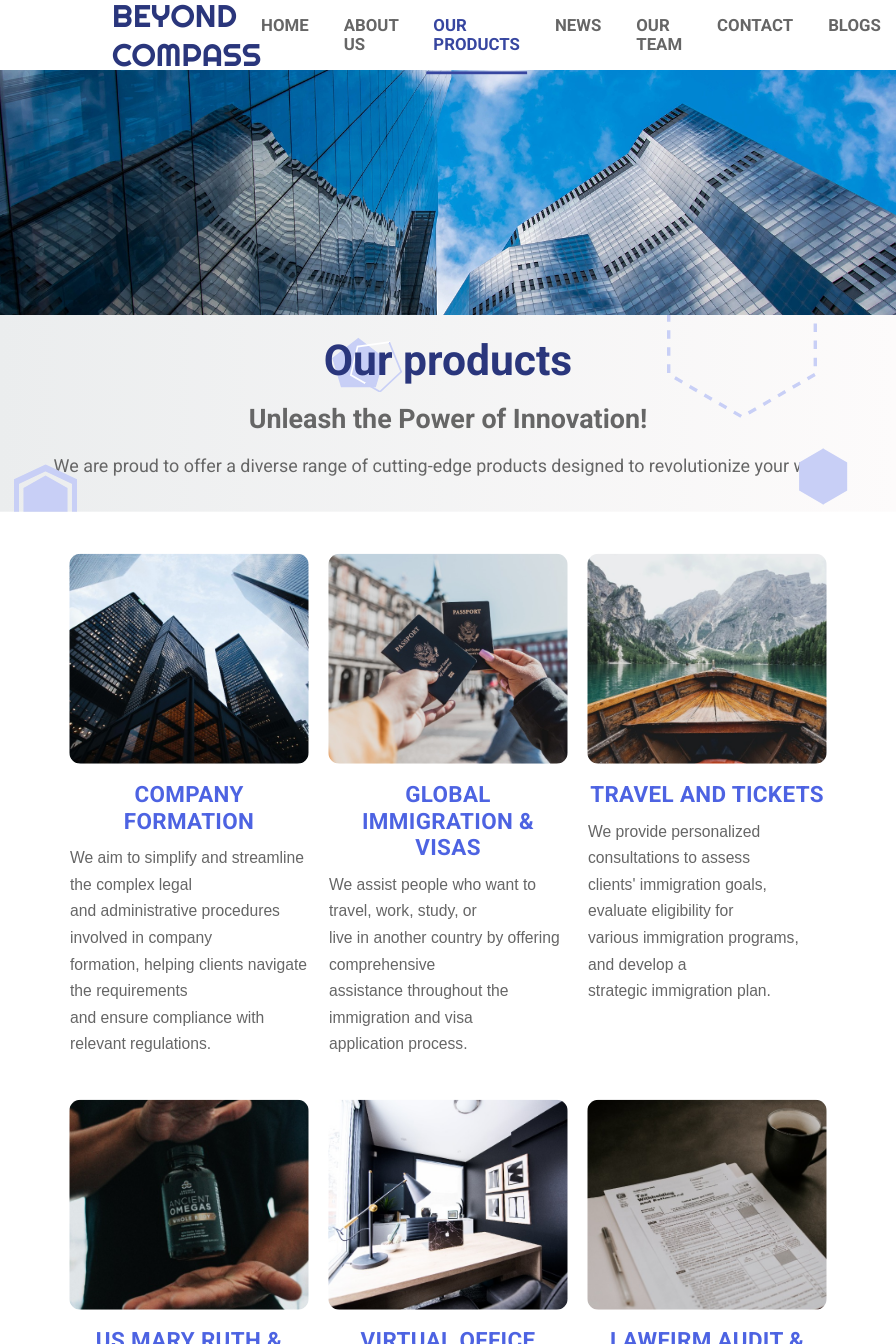
Repository: trunghau06/baitapRn
Page: pages/product.html
An editor plug-in stored every save of this project. The page is shown before and after a run of saves, followed by the edit.
The browser window is 1280 px wide. The pictures show the part of the page from y = 0 to 1920 px (the page is 4049 px tall before and 3899 px after), at 70% of full size.

Above is the page before, as saved 2025-10-09 22:06:16.

### pages/product.html
<!DOCTYPE html>
<html lang="en">
<head>
    <meta charset="UTF-8">
    <meta name="viewport" content="width=device-width, initial-scale=1.0">
    <title>Our products</title>
    <link rel="stylesheet" href="../style/product.css?v=1">
    <link rel="stylesheet" href="https://cdnjs.cloudflare.com/ajax/libs/font-awesome/6.5.1/css/all.min.css">
    <link href="https://fonts.googleapis.com/css2?family=Roboto:wght@400;700&display=swap" rel="stylesheet">
</head>
<body>
    <!-- Thanh Header -->
    <header>
        <div class="header-Page">
            <!-- Logo -->
            <div class="logo">BEYOND COMPASS</div>

            <!-- Navigation Menu -->
            <nav>
                <ul>
                    <li><a href="../index.html"                 >HOME        </a></li>
                    <li><a href="about.html"                 >ABOUT US    </a></li>
                    <li><a href="product.html" class="active">OUR PRODUCTS</a></li>
                    <li><a href="news.html"                  >NEWS        </a></li>
                    <li><a href="team.html"                  >OUR TEAM    </a></li>
                    <li><a href="contact.html"               >CONTACT     </a></li>
                    <li><a href="blogs.html"                 >BLOGS       </a></li>
                </ul>
            </nav>
        </div>
    </header>

    <div class="header-banner"></div>

    <!-- Gioi Thieu -->
    <div class="introduce-Page">
        <svg class="hexagon-small-double" viewBox="0 0 100 115" xmlns="http://www.w3.org/2000/svg">
            <polygon points="50 10, 85 30, 85 70, 50 90, 15 70, 15 30"
                    fill="#C8CFF6"
                    stroke="none"/>
            <polygon points="50 -2, 97 20, 97 80, 50 102, 3 80, 3 20"
                    fill="none"
                    stroke="#C8CFF6"
                    stroke-width="10"/>
        </svg>

        <div class="hexagon hexagon-large"></div>

         <svg class="hexagon-outline" viewBox="0 0 100 115" xmlns="http://www.w3.org/2000/svg">
            <polygon points="50 0, 93 25, 93 75, 50 100, 7 75, 7 25"
                    fill="none"
                    stroke="#C8CFF6"
                    stroke-width="2"
                    stroke-dasharray="5, 5"/>
        </svg>

        <svg class="pentagon-outline" viewBox="0 0 100 100" xmlns="http://www.w3.org/2000/svg">
            <defs>
                <linearGradient id="strokeHalfColor" x1="0%" y1="0%" x2="100%" y2="0%">
                    <stop offset="50%" style="stop-color:#FFFFFF;stop-opacity:1" />
                    <stop offset="50%" style="stop-color:#C8CFF6;stop-opacity:1" />
                </linearGradient>
            </defs>
            <polygon points="50 5, 95 40, 80 90, 20 90, 5 40"
                    fill="none"
                    stroke="url(#strokeHalfColor)"
                    stroke-width="3"
                    transform="rotate(30 50 50)"/>
        </svg>

        <svg class="pentagon-filled" viewBox="0 0 100 100" xmlns="http://www.w3.org/2000/svg">
            <polygon points="50 5, 95 40, 80 90, 20 90, 5 40"
                    fill="#C8CFF6"
                    stroke="#C8CFF6"
                    stroke-width="3"/>
        </svg>

        <h1>Our products</h1>

        <h3>Unleash the Power of Innovation!</h3>

        <p>We are proud to offer a diverse range of cutting-edge products designed to revolutionize your world.</p>
    </div>

    <div class="box-section">
        <!-- box 1 -->
        <div class="box">
            <img src="../Images/image_box_1.jpg" alt="">

            <div class="content-box">
                <h3>COMPANY FORMATION</h3>

                <p>
                    We aim to simplify and streamline the complex legal<br>
                    and administrative procedures involved in company<br>
                    formation, helping clients navigate the requirements<br>
                    and ensure compliance with relevant regulations.</p>
            </div>
        </div>

        <!-- box 2 -->
        <div class="box">
            <img src="../Images/image_box_2.jpg" alt="">

            <div class="content-box">
                <h3>GLOBAL IMMIGRATION & VISAS</h3>

                <p>
                    We assist people who want to travel, work, study, or<br>
                    live in another country by offering comprehensive<br>
                    assistance throughout the immigration and visa<br>
                    application process.</p>
            </div>
        </div>

        <!-- box 3 -->
        <div class="box">
            <img src="../Images/image_box_3.jpg" alt="">

            <div class="content-box">
                <h3>TRAVEL AND TICKETS</h3>

                <p>
                    We provide personalized consultations to assess<br>
                    clients' immigration goals, evaluate eligibility for <br>
                    various immigration programs, and develop a<br>
                    strategic immigration plan.</p>
            </div>
        </div>

        <!-- box 4 -->
        <div class="box">
            <img src="../Images/image_box_4.jpg" alt="">

            <div class="content-box">
                <h3>US MARY RUTH & SUPPLEMENTS</h3>

                <p>
                    We provide various types of dietary supplements to<br>
                    individuals seeking to enhance their overall health<br>
                    and well-being.
            </div>
        </div>

        <!-- box 5 -->
        <div class="box">
            <img src="../Images/image_box_5.jpg" alt="">

            <div class="content-box">
                <h3>VIRTUAL OFFICE</h3>

                <p>
                    We offer businesses a range of professional services<br>
                    and support without the need for a physical office<br>
                    space which enhance their credibility, and maintain a<br>
                    presence in a specific location without the costs and<br>
                    commitments associated with a physical office<br>
                    space
                </p>
            </div>
        </div>

        <!-- box 6 -->
        <div class="box">
            <img src="../Images/image_box_6.jpg" alt="">

            <div class="content-box">
                <h3>LAWFIRM AUDIT & TAX</h3>

                <p>
                    We conduct comprehensive financial audits of law <br>
                    firms to assess the accuracy and integrity of their<br>
                    financial statements. We also assist law firms in <br>
                    developing tax strategies, optimizing their tax<br>
                    positions.
                </p>
            </div>
        </div>

        <!-- box 7 -->
        <div class="box">
            <img src="../Images/image_box_7.jpg" alt="">

            <div class="content-box">
                <h3>DOMAIN SERVICE</h3>

                <p>
                    We help users search for and register available domain names based on their<br>
                    preferences and the availability of the desired domain extension.
                </p>
            </div>
        </div>

        <!-- box 8 -->
        <div class="box">
            <img src="../Images/image_box_8.jpg" alt="">

            <div class="content-box">
                <h3>LOGISTIC</h3>

                <p>
                    We offer the management and coordination of various activities related to the <br>
                    movement, storage, and handling of goods and resources throughout the supply <br>
                    chain.
                </p>
            </div>
        </div>
    </div>

    <!-- Footer -->
    <div class="footer">
        <!-- Header -->
        <div class="header-Footer">
            <h2>BEYOND COMPASS</h2>
            <div class="social-icons">
                <button><img src="../Images/youtube.png" alt="YouTube"></button>
                <button><img src="../Images/logo_linkedin.png" alt="LinkedIn"></button>
                <button><img src="../Images/image.png" alt="Twitter"></button>
            </div>
        </div>

        <!-- Offices -->
        <div class="offices">
            <!-- Main Office -->
            <div class="office">
                <h3>Main Office: The One Vietnam Co.Ltd.</h3>
                <div class="office-info">
                    <span class="square"></span>

                    <div class="content-info">
                        <p><img src="../Images/ic_map.png" alt="">Location: 40-42 Thiên Phước, Ward 15, Dist 11, HCMC, VN</p>

                        <div class="phone-group">
                            <p><img src="../Images/ic_phone.png" alt="">Phone Number: </p>

                            <div class="phone">
                                <p>(84) 902.111.222. mobile</p>
                                <p>(84) 28.333.6668 (19 lines)</p>
                                <p>(84) 28.234.5678 (fax)</p>
                            </div>
                        </div>

                        <p><img src="../Images/ic_email.png" alt="">Email: abc@def.com</p>
                        <p><img src="../Images/ic_global.png" alt="">Fax: (123)-456-7890</p>
                    </div>
                </div>
            </div>

            <!-- Brand Offices -->
            <div class="office">
                <h3>Brand Offices: The One Office Vietnam</h3>
                <div class="brand-offices">
                    <div class="office-info">
                        <span class="square"></span>

                        <div class="content-info">
                            <p><img src="../Images/ic_map.png" alt="Location">Location: Singapore</p>
                            <p><img src="../Images/ic_phone.png" alt="Phone">Phone Number: (84) 902.111.222</p>
                            <p><img src="../Images/ic_email.png" alt="Email">Email: abc@def.com</p>
                            <p><img src="../Images/ic_global.png" alt="Fax">Fax: (123)-456-7890</p>
                        </div>
                    </div>

                    <div class="office-info">
                        <span class="square"></span>

                        <div class="content-info">
                            <p><img src="../Images/ic_map.png" alt="">Location: USA</p>
                            <p></span><img src="../Images/ic_phone.png" alt="">Phone Number: (84) 902.111.222</p>
                            <p></span><img src="../Images/ic_email.png" alt="">Email: abc@def.com</p>
                            <p></span><img src="../Images/ic_global.png" alt="">Fax: (123)-456-7890</p>
                        </div>
                    </div>
                </div>
            </div>
        </div>

        <div class="line"></div>

        <div class="footer-links">
            <div class="link-column">
            <h4>OUR PRODUCTS</h4>
            <ul>
                <li><i class="fas fa-chevron-right"></i> Company Formation</li>
                <li><i class="fas fa-chevron-right"></i> Globalization & Visas</li>
                <li><i class="fas fa-chevron-right"></i> Travel & Ticket</li>
                <li><i class="fas fa-chevron-right"></i> Logistic</li>
                <li><i class="fas fa-chevron-right"></i> Virtual Office</li>
            </ul>
            </div>

            <div class="link-column">
            <h4>COMPANY</h4>
            <ul>
                <li><i class="fas fa-chevron-right"></i> About Us</li>
                <li><i class="fas fa-chevron-right"></i> Terms of Service</li>
                <li><i class="fas fa-chevron-right"></i> Privacy Policy</li>
                <li><i class="fas fa-chevron-right"></i> Support</li>
            </ul>
            </div>
        </div>

        <footer class="footer-bottom">
            <p>Copyright © 2023 by THEONEVIETNAM.COM. All rights reserved. Designed by Tuyet Nhi.</p>
        </footer>
    </div>
</body>
</html>

### style/product.css
@import url('https://fonts.googleapis.com/css2?family=Righteous&display=swap');

* {
    margin: 0;
    padding: 0;
    box-sizing: border-box;
}

body {
    font-family: Arial, sans-serif;
}

/* Header */
.header-Page {
    position: fixed;
    top: 0;
    left: 0;
    width: 100%;
    margin: 0 auto;
    padding: 0 100px;
    display: flex;
    justify-content: space-between;
    align-items: center;
    height: 100px;
    background-color: white;
    z-index: 1000;
}


/* Logo */
.logo {
    font-family: 'Righteous', Arial, sans-serif;
    color: #2A367C;
    font-size: 2.8em;
    font-weight: 400;
    padding-left: 60px;
}

/* Menu */
nav ul {
    list-style: none;
    display: flex;
    gap: 50px;
    padding-right: 60px;
}

nav ul li a {
    text-decoration: none;
    color: #666666;
    font-size: 1.5em;
    font-weight: 700;
    padding-bottom: 28px;
    font-family: 'Roboto', Arial, sans-serif;
    position: relative;
}

nav ul li a::after {
    content: '';
    position: absolute;
    bottom: 0;
    left: -10px;
    right: -10px;
    height: 4px;
}

nav ul li a:hover,
nav ul li a.active {
    color: #3746A0;
}

nav ul li a:hover::after,
nav ul li a.active::after {
    background-color: #3746A0;
}

.header-banner {
    margin-top: 100px;
    width: 100%;
    height: 350px;
    background-image: url('../Images/anhHeader_3.png');
    background-size: cover;
    background-position: center;
}

.introduce-Page {
    position: relative;
    background: linear-gradient(to right, #EBEDEE, #FDFBFB);
    display: flex;
    flex-direction: column;
    justify-items: center;
    align-items: center;
    padding: 30px 20px;
    overflow: hidden;
}

.introduce-Page h1 {
    font-family: 'Roboto', Arial, sans-serif;
    color: #2A367C;
    font-size: 3.8em;
    font-weight: 700;
    margin-bottom: 20px;
    z-index: 2;
}

.introduce-Page h3 {
    font-family: 'Roboto', Arial, sans-serif;
    font-size: 2.4em;
    color: #666666;
    line-height: 1.4;
    margin-bottom: 20px;
    font-weight: bold;
}

.introduce-Page p {
    color: #666666;
    font-family: 'Roboto', Arial, sans-serif;
    line-height: 1.6;
    margin-bottom: 15px;
    font-size: 1.6em;
}

.hexagon {
    position: absolute;
    background-color: #C8CFF6;
    clip-path: polygon(
        50% 0%, 93% 25%, 93% 75%, 50% 100%, 7% 75%, 7% 25%
    );
    box-shadow:
        0 0 0 8px white,
        0 0 0 10px #8B9FD9;
}

/* Hình lục giác nhỏ với 2 lớp viền */
.hexagon-small-double {
    position: absolute;
    width: 90px;
    height: 140px;
    top: 72%;
    left: 20px;
    z-index: 2;
}

/* Hình lục giác lớn */
.hexagon-large {
    width: 80px;
    height: 80px;
    bottom: 10px;
    right: 5%;
}

/* Hình lục giác chỉ viền nét đứt */
.hexagon-outline {
    position: absolute;
    width: 280px;
    height: 280px;
    top: 15%;
    right: 80px;
    transform: translateY(-50%);
}

/* Hình ngũ giác 5 góc nghiêng phải */
.pentagon-outline {
    position: absolute;
    width: 80px;
    height: 80px;
    top: 25%;
    left: 42%;
    transform: translate(-50%, -50%);
    z-index: 1;
}

/* Hình ngũ giác có ruột màu xanh */
.pentagon-filled {
   position: absolute;
    width: 80px;
    height: 80px;
    top: 25%;
    left: 40%;
    transform: translate(-50%, -50%);
    z-index: 0;
}

/* Cac box */
.box-section {
    display: flex;
    flex-wrap: wrap;
    gap: 10px;
    width: 100%;
    padding: 40px 40px;
    justify-content: center;
    align-items: stretch;
}

.box {
    width: 30%;
    border-radius: 15px;
    overflow: hidden;
    display: flex;
    flex-direction: column;
    justify-items: center;
    align-items: center;
    padding: 20px 0;
}

.box img {
    width: 95%;
    height: 300px;
    object-fit: cover;
    border-radius: 16px;
}

.box-section .box:last-child,
.box-section .box:nth-last-child(2) {
    height: 350px;
}

.content-box {
    padding: 10px;
    text-align: center;
    flex-grow: 1;
}

.content-box h3 {
    font-family: 'Roboto', Arial, sans-serif;
    color: #4D63E2;
    font-size: 2em;
    font-weight: 700;
    margin: 15px 0 15px 0;
    letter-spacing: 0.5px;
}

.content-box p {
    color: #666666;
    font-size: 1.4em;
    line-height: 1.7;
    text-align: left;
}

.box:nth-child(7),
.box:nth-child(8) {
    width: 45%;
}

/* Footer */
.footer {
  display: flex;
  flex-direction: column;
  background-color: #3746A0;
}

.header-Footer {
    display: flex;
    justify-content: space-between;
    align-items: center;
    padding: 20px 160px;
    margin-top: 50px;
}

.header-Footer h2 {
    font-size: 3em;
    font-weight: bold;
    letter-spacing: 2px;
    font-family: 'Righteous', Arial, sans-serif;
    color: #FFFFFF;
}

.social-icons {
    display: flex;
    gap: 15px;
}

.social-icons button {
    background: #FFFFFF;
    border: none;
    cursor: pointer;
    width: 80px;
    height: 80px;
    border-radius: 10px;
    display: flex;
    align-items: center;
    justify-content: center;
}

.social-icons button img {
    width: 70%;
    height: 70%;
    object-fit: contain;
}

.offices {
    padding: 10px 160px;
    display: grid;
    grid-template-columns: 1fr 1fr;
    gap: 40px;
    margin-top: 30px;
}

.brand-offices {
    display: grid;
    grid-template-columns: 1fr 1fr;
    gap: 60px;
}

.office h3 {
    margin-bottom: 15px;
    font-size: 1.8em;
    color: #FFFFFF;
}

.office-info {
    position: relative;
    margin-bottom: 20px;
    display: flex;
    align-items: flex-start;
}

.office-info .square {
    position: absolute;
    left: 0;
    top: 25px;
    width: 24px;
    height: 24px;
    background: #202A5F;
    border-radius: 4px;
}

.content-info {
    padding-left: 50px;
}

.content-info p {
    margin: 28px 0;
    display: flex;
    align-items: center;
    font-size: 1.2em;
    color: #FFFFFF;
}

.phone-group {
    display: flex;
    justify-content: left;
    align-items: flex-start;
    gap: 10px;
}

.phone-group p {
    margin: 0;
    font-size: 1.2em;
    margin-bottom: 28px;
    color: #FFFFFF;
}

.phone-group .phone p:nth-of-type(3) {
    margin-bottom: 0;
}

.phone {
    display: flex;
    flex-direction: column;
    text-align: left;
}

.content-info img {
    width: 30px;
    height: 30px;
    margin-right: 16px;
    vertical-align: middle;
    filter: brightness(0) invert(1);
}

.line {
    width: 86%;
    height: 2px;
    background: rgba(255,255,255,0.5);
    margin: 0 auto 40px auto;
}

.footer-links {
  display: flex;
  justify-content: left;
  gap: 200px;
  padding: 20px 160px;
  margin-bottom: 50px;
}

.link-column h4 {
  margin-bottom: 15px;
  font-size: 1.8em;
  font-weight: bold;
  color: #FFFFFF;
  text-transform: uppercase;
}

.link-column ul {
  list-style: none;
  padding: 0 10px;
}

.link-column ul li {
  margin: 28px 0;
  font-size: 1.2em;
  display: flex;
  align-items: center;
  color: #FFFFFF;
}

.link-column ul li i {
  margin-right: 24px;
  font-size: 1em;
  color: #FFFFFF;
}

.footer-bottom {
  margin-top: auto;
  background: #fff;
  text-align: center;
  padding: 30px 0;
  font-size: 14px;
  color: #555;
  border-top: 1px solid #ddd;
}

After the next 2 saves:
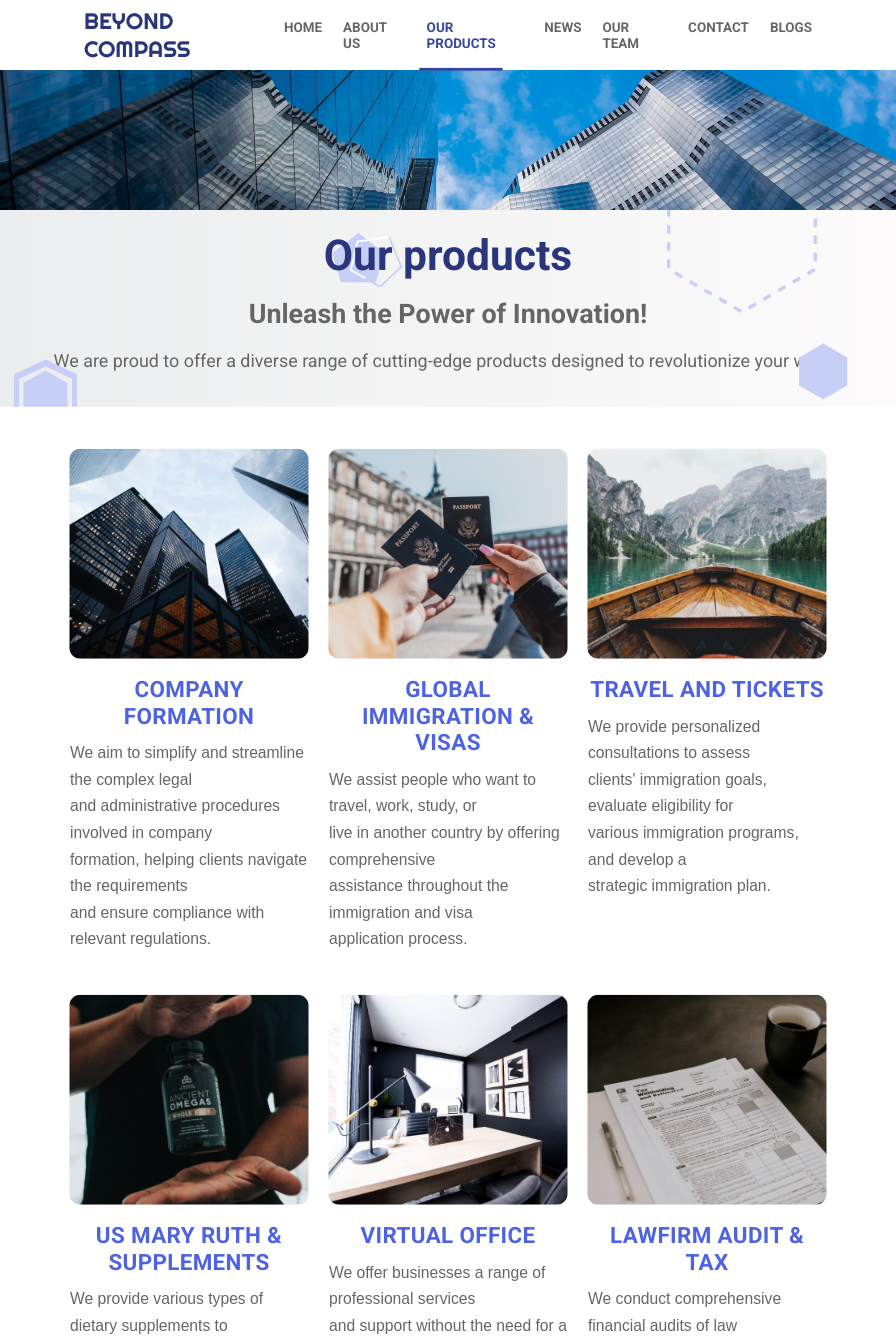
The 2 saves are shown as one change because they came seconds apart.
The last was saved 15 s later.
--- a/style/product.css
+++ b/style/product.css
@@ -17,7 +17,7 @@ body {
     left: 0;
     width: 100%;
     margin: 0 auto;
-    padding: 0 100px;
+    padding: 0 60px;
     display: flex;
     justify-content: space-between;
     align-items: center;
@@ -31,7 +31,7 @@ body {
 .logo {
     font-family: 'Righteous', Arial, sans-serif;
     color: #2A367C;
-    font-size: 2.8em;
+    font-size: 2em;
     font-weight: 400;
     padding-left: 60px;
 }
@@ -40,14 +40,14 @@ body {
 nav ul {
     list-style: none;
     display: flex;
-    gap: 50px;
+    gap: 30px;
     padding-right: 60px;
 }
 
 nav ul li a {
     text-decoration: none;
     color: #666666;
-    font-size: 1.5em;
+    font-size: 1.2em;
     font-weight: 700;
     padding-bottom: 28px;
     font-family: 'Roboto', Arial, sans-serif;
@@ -73,10 +73,11 @@ nav ul li a.active::after {
     background-color: #3746A0;
 }
 
+/* Banner */
 .header-banner {
     margin-top: 100px;
     width: 100%;
-    height: 350px;
+    height: 200px;
     background-image: url('../Images/anhHeader_3.png');
     background-size: cover;
     background-position: center;
